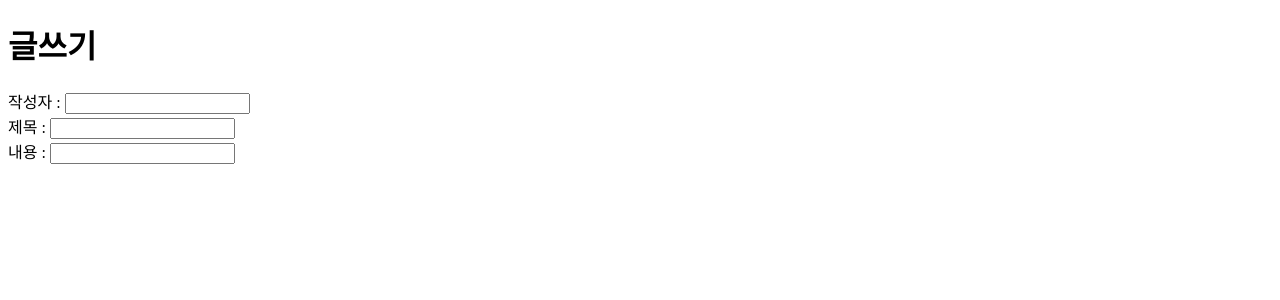
Repository: sanghshlsh/workspace_jsp
Page: http://localhost/Board/insert.jsp
The author's editor kept a copy of each file at every save. The page is drawn from the files as they stood at one save, then again after the next save.
The browser window is 1280 px wide. The pictures show the whole page.
The page is served by Tomcat 9.

Above is the page before, as saved 2020-06-05 06:35:56.

After the next save:
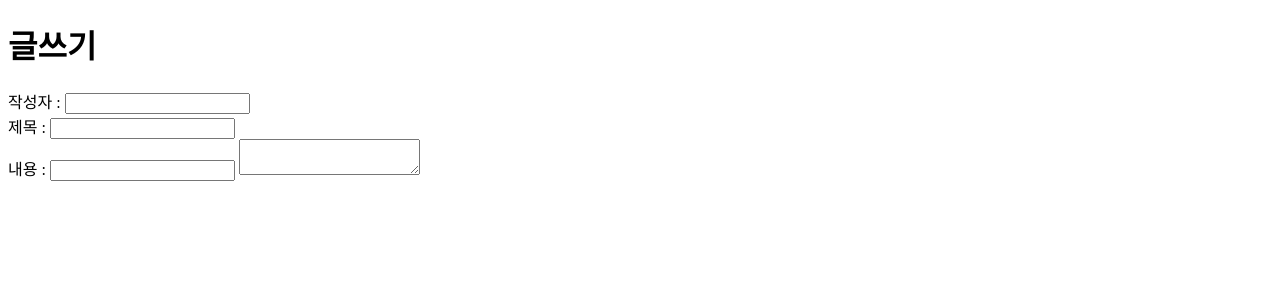
Saved 47 s later.
--- a/Board/WebContent/insert.jsp
+++ b/Board/WebContent/insert.jsp
@@ -16,7 +16,7 @@
 	작성자 : <input name="writer"><br>
 	제목 : <input name="title"><br>
 	내용 : <input name="content">
-
+	<textarea rows="" cols=""></textarea>
 
 	</form>
 
